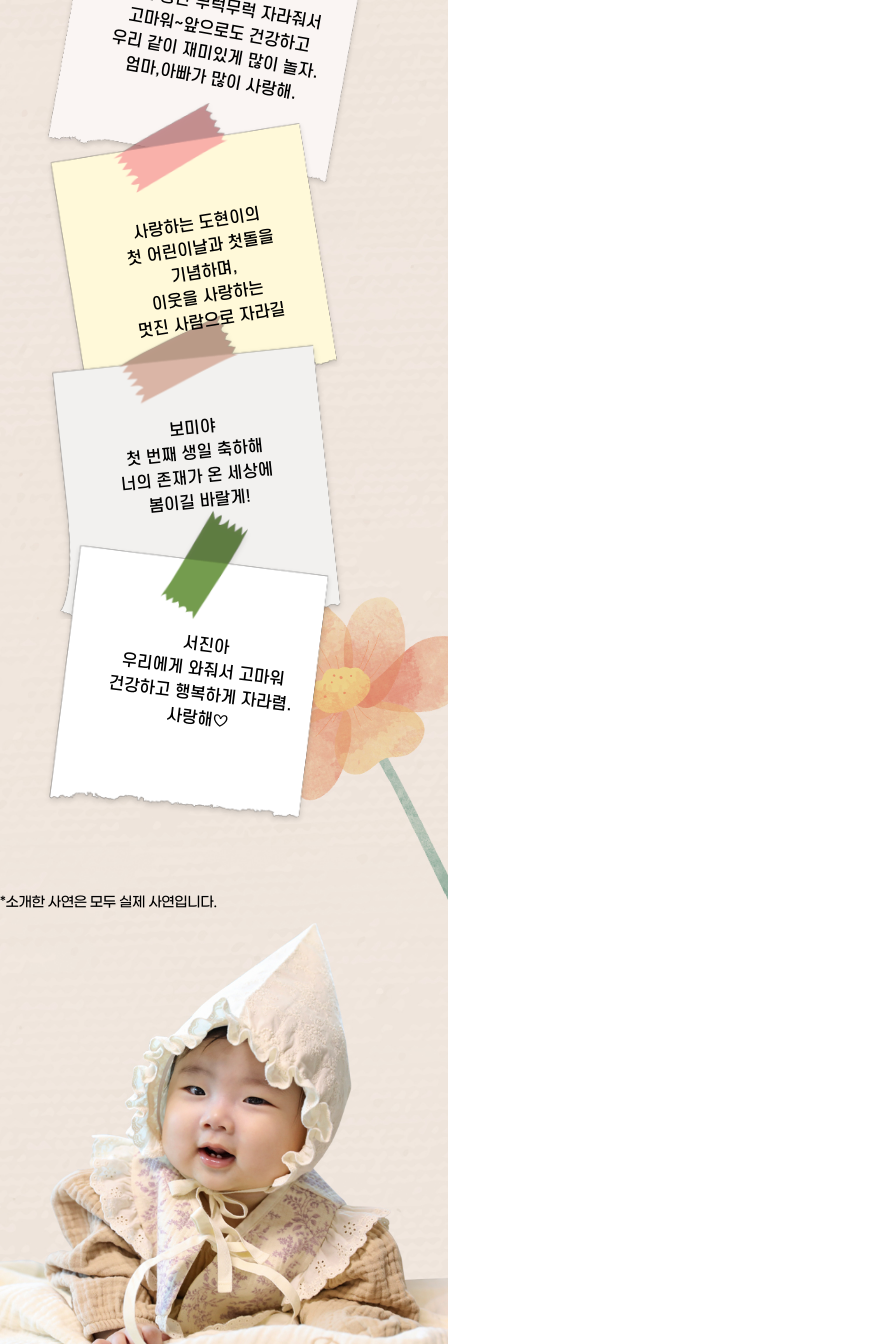
Repository: dlgywls1130/save_children_m
Page: index.html
An editor plug-in stored every save of this project. The page is shown before and after the next save, followed by the edit.
The browser window is 1280 px wide. The pictures show the part of the page from y = 1645 to 3565 px (the page is 9658 px tall), at 70% of full size.

Above is the page before, as saved 2023-12-13 19:10:21.

After the next save:
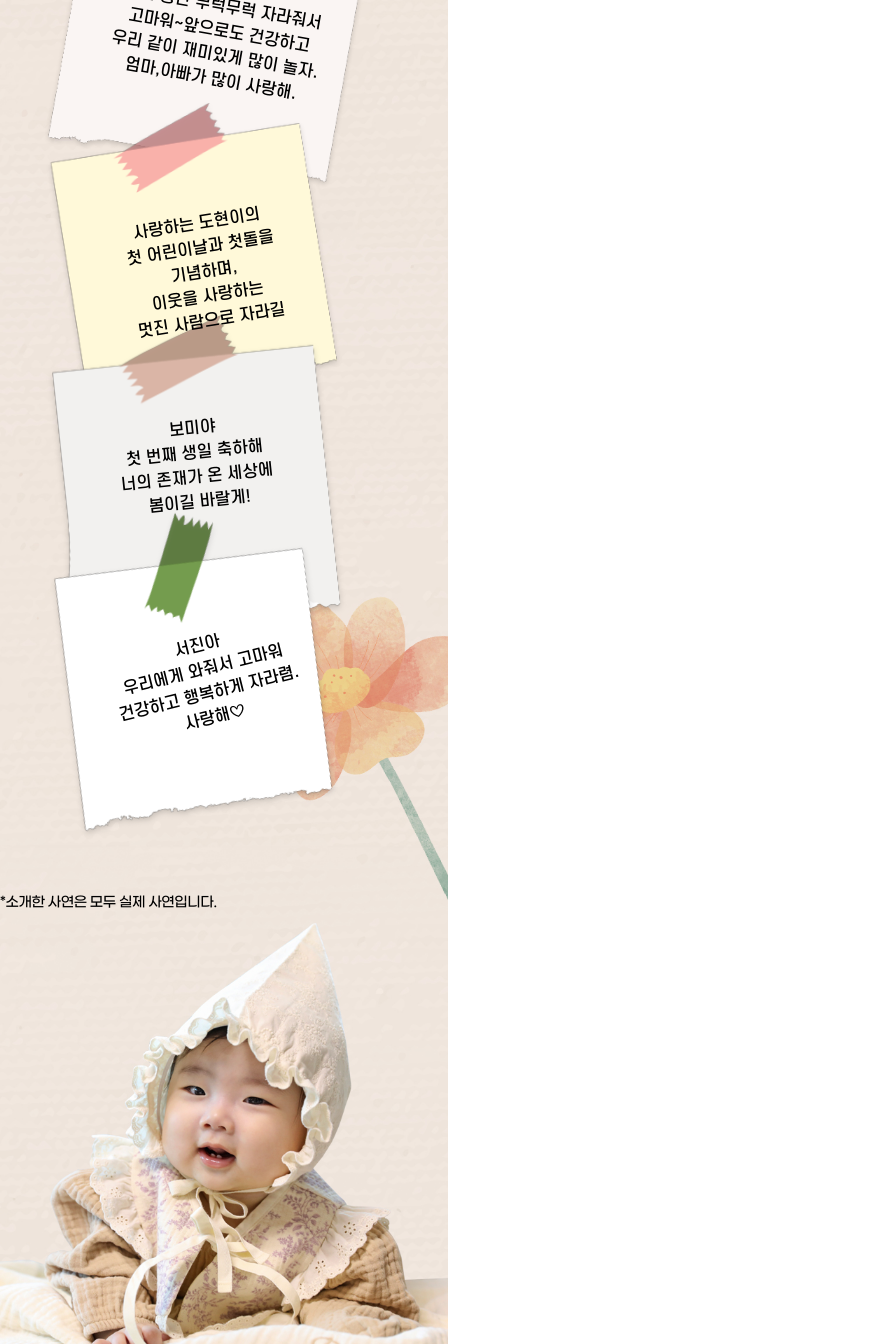
Saved 80 s later.
--- a/css/style.css
+++ b/css/style.css
@@ -291,10 +291,10 @@
     background-size: contain;
     box-sizing: border-box;
     margin-top: -25%;
+    transform: rotate(-14deg);
 }
 
 .postit03 p{
-    transform: rotate(7deg);
     padding-top: 20px;
 }
 
